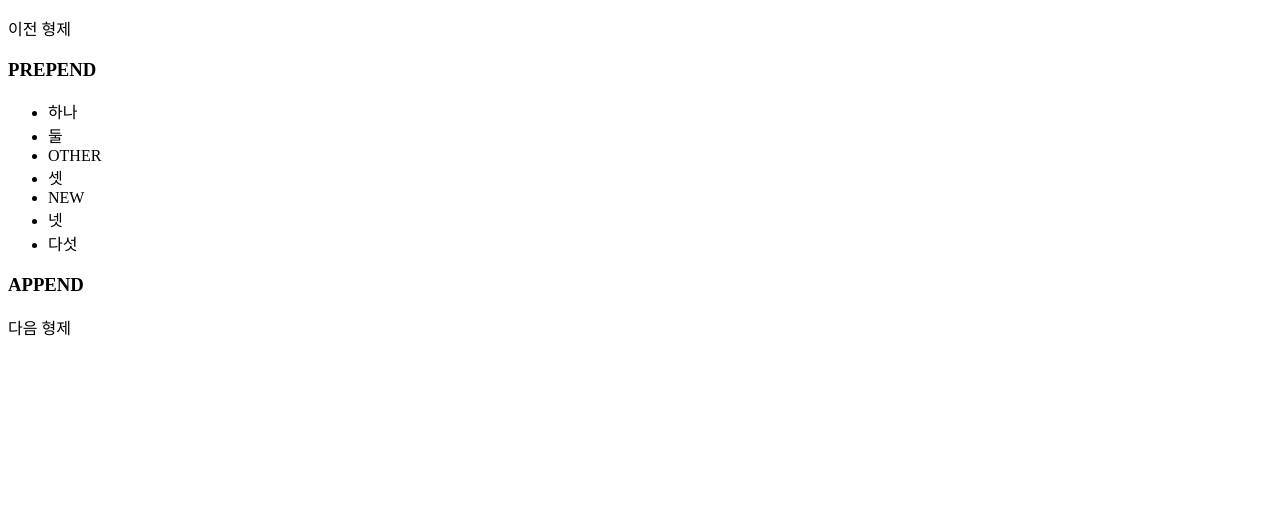
Repository: Baechangho/JavaBasic
Page: workspace_web/Front/src/main/webapp/jquery/jq_08.html
These files come from the project's save history. The page is drawn as it stood at one moment and after the next save; the edit follows.
The browser window is 1280 px wide. The pictures show the whole page.

Above is the page before, as saved 2023-08-09 07:04:24.

### workspace_web/Front/src/main/webapp/jquery/jq_08.html
<!DOCTYPE html>
<html>
<head>
<meta charset="UTF-8">
<title>Insert title here</title>
<script type="text/javascript" src="https://code.jquery.com/jquery-3.7.0.min.js"></script>
<script type="text/javascript">
$(function() {

	//#myDiv의 마지막 자식으로 추가하기
	$("#myDiv").append($("<h3>").html("APPEND"))

	//#myDiv의 첫번째 자식으로 추가하기
	$("#myDiv").prepend($("<h3>").html("PREPEND"))

	//-----------------------------------------------

	//#third의 다음 형제로 추가한다
	$("#third").after($("<li>").html("NEW"))

	//#third의 이전 형제로 추가한다
	$("#third").before($("<li>").html("OTHER"))

	//-----------------------------------------------

	//p태그를 생성하여 #myDiv의 다음 형제로 추가한다
	$("<p>").html("다음 형제").insertAfter($("#myDiv"))

	//p태그를 생성하여 #myDiv의 이전 형제로 추가한다
	$("<p>").html("이전 형제").insertBefore($("#myDiv"))

	//-----------------------------------------------

	$("<h1>").html("처음").prependTo($("myDiv"))

	$("<h1>").html("마지막").appendTo($("myDiv"))


})
</script>
</head>
<body>

<div id="myDiv">
<ul>
	<li>하나</li>
	<li>둘</li>
	<li id="third">셋</li>
	<li>넷</li>
	<li>다섯</li>
</ul>

</div>

</body>
</html>

After the next save:
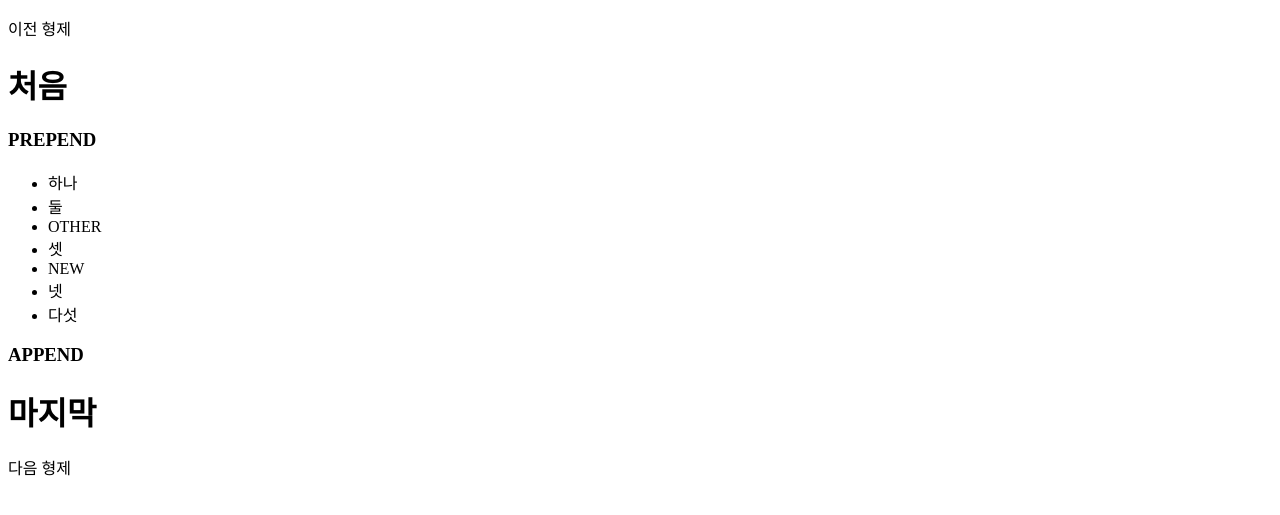
Saved 35 s later.
--- a/workspace_web/Front/src/main/webapp/jquery/jq_08.html
+++ b/workspace_web/Front/src/main/webapp/jquery/jq_08.html
@@ -31,9 +31,9 @@ $(function() {
 
 	//-----------------------------------------------
 
-	$("<h1>").html("처음").prependTo($("myDiv"))
+	$("<h1>").html("처음").prependTo($("#myDiv"))
 
-	$("<h1>").html("마지막").appendTo($("myDiv"))
+	$("<h1>").html("마지막").appendTo($("#myDiv"))
 
 
 })
